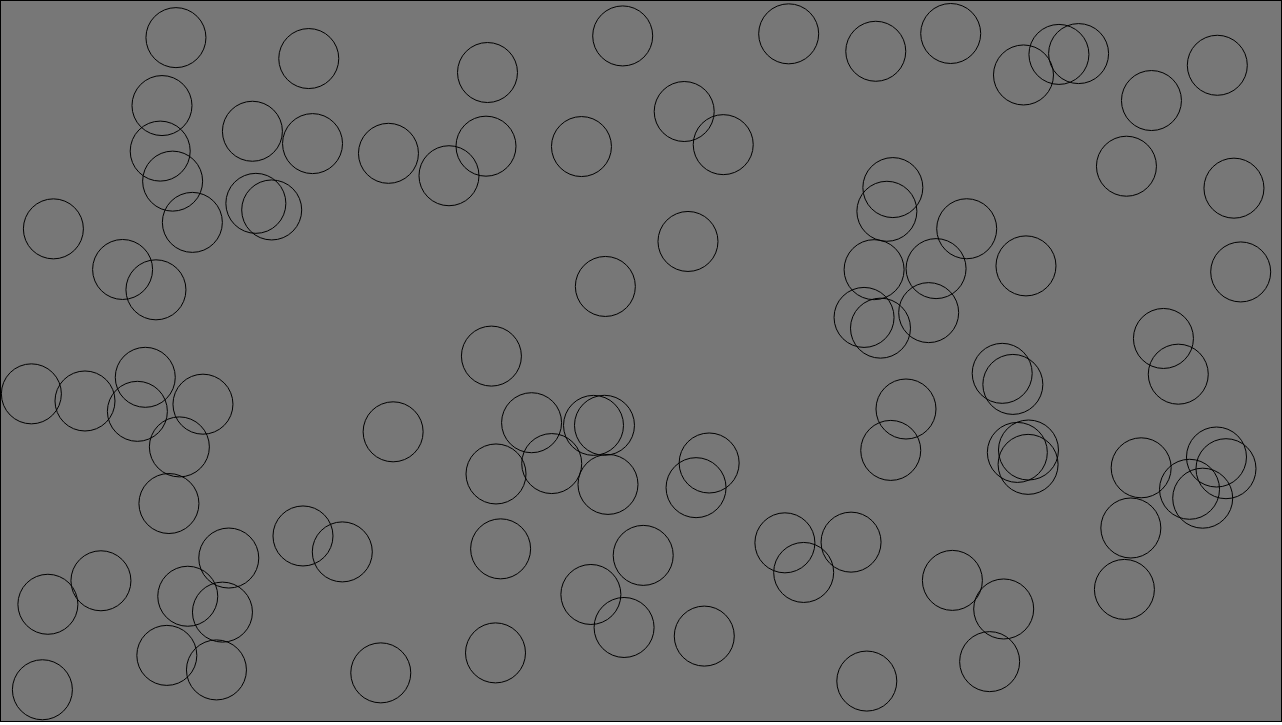
Repository: tenlekdan/particle-effect
Page: inidex.html
The author's editor kept a copy of each file at every save. The page is drawn from the files as they stood at one save, then again after the next save.
The browser window is 1280 px wide. The page is 1282 px wide, so the pictures cover 1282 px, including what lies to the right of the window. The pictures show the whole page.

Above is the page before, as saved 2019-12-26 17:23:15.

### inidex.html
<!DOCTYPE html>
<html lang="en">

<head>
    <meta charset="UTF-8">
    <meta name="viewport" content="width=device-width, initial-scale=1.0">
    <meta http-equiv="X-UA-Compatible" content="ie=edge">
    <title>Document</title>
    <style type="text/css">
        *{
            margin: 0;
            padding: 0;
            box-sizing: inherit;
        }
        html{
            font-size: 60.2%;
        }

        body{
            font-size: 1rem;
            font-family: 'Courier New', Courier, monospace;
            box-sizing: border-box;
        }
        canvas {
            border: solid 1px;
            background-color: #777;
        }
    </style>
</head>

<body>
    <canvas></canvas>

    <script src="canvas.js"></script>

</body>

</html>

### canvas.js


(function () {
    var canvas = document.querySelector('canvas');

    canvas.width = window.innerWidth;
    canvas.height = window.innerHeight;

    var c = canvas.getContext('2d');
    // c.fillRect(x, y, width, height);
    // c.fillRect(100, 100, 50, 50);

    // // lines
    // c.beginPath();
    // c.moveTo(10, 170);
    // c.lineTo(100, 300);
    // c.stroke();



    function Circle(x, y, dx, dy, radius) {
        this.x = x;
        this.y = y;
        this.dx = dx;
        this.dy = dy;
        this.radius = radius;

        this.draw = function () {
            //draw circle
            c.beginPath();
            c.arc(this.x, this.y, this.radius, 0, Math.PI * 2, false);
            c.stroke();
        }

        this.update = function () {
            if (this.x + this.radius > innerWidth || this.x - this.radius <= 0) {
                this.dx = -this.dx;
            }
            if (this.y + this.radius > innerHeight || this.y - this.radius <= 0) {
                this.dy = -this.dy;
            }

            this.x += this.dx;
            this.y += this.dy;
            this.draw();
        }
    }


    let circleList = [];

    for (let i = 0; i < 100; i++) {
        let radius = 30;
        let x = Math.random() * (innerWidth - radius * 2) + radius;
        let y = Math.random() * (innerHeight - radius * 2) + radius;
        let dx = (Math.random() - .5) * 8;
        let dy = (Math.random() - .5) * 8;

        circleList.push(new Circle(x, y, dx, dy, radius));
    }

    var circle = new Circle(300, 300, 5, 5, 30);

    var animate = () => {
        requestAnimationFrame(animate);
        c.clearRect(0, 0, innerWidth, innerHeight);
        for (let i = 0; i < circleList.length; i++) {
            circleList[i].update();
        }
    }

    animate();
})();

After the next save:
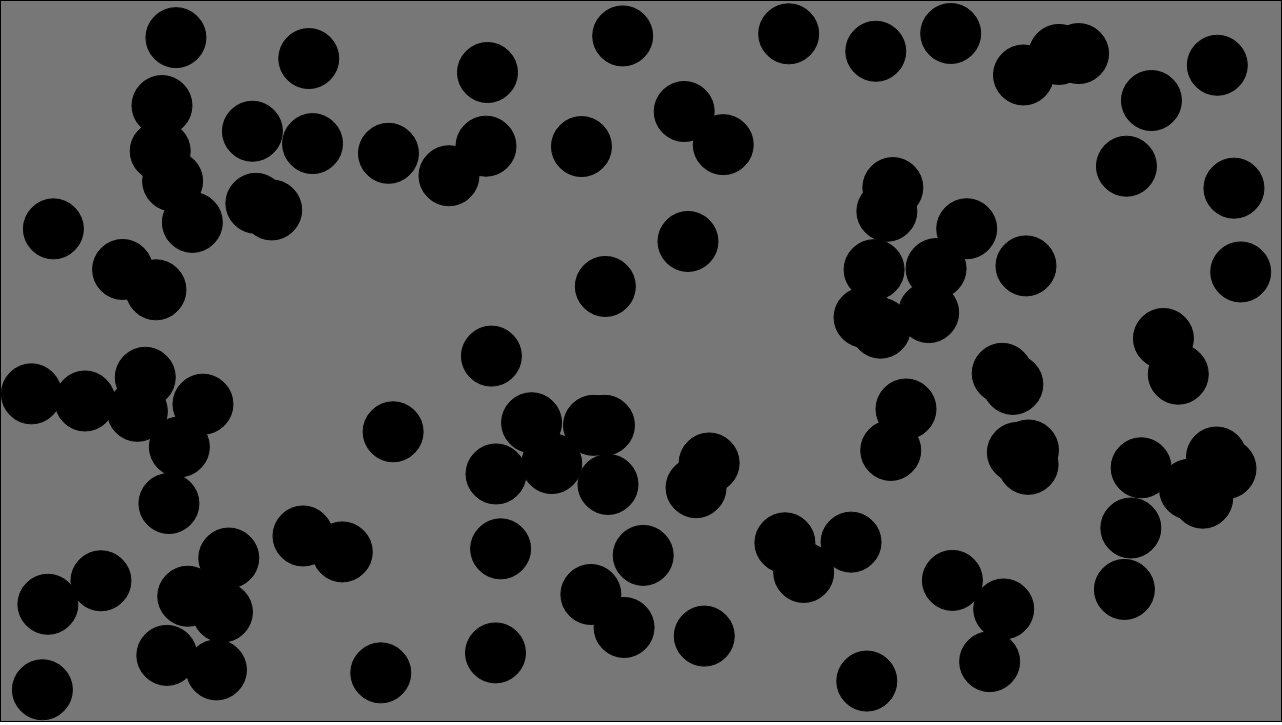
Saved 84 s later.
--- a/canvas.js
+++ b/canvas.js
@@ -29,6 +29,7 @@
             //draw circle
             c.beginPath();
             c.arc(this.x, this.y, this.radius, 0, Math.PI * 2, false);
+            c.fill();
             c.stroke();
         }
 
